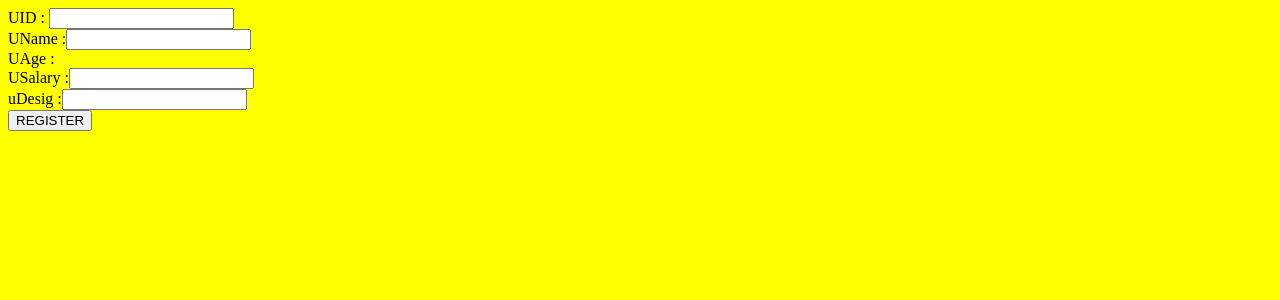
Repository: Thaneshwara848/JSP_Demo
Page: SLProject1/src/main/webapp/Register.html
The author's editor kept a copy of each file at every save. The page is drawn from the files as they stood at one save, then again after the next save.
The browser window is 1280 px wide. The pictures show the whole page.

Above is the page before, as saved 2022-08-08 15:05:28.

After the next save:
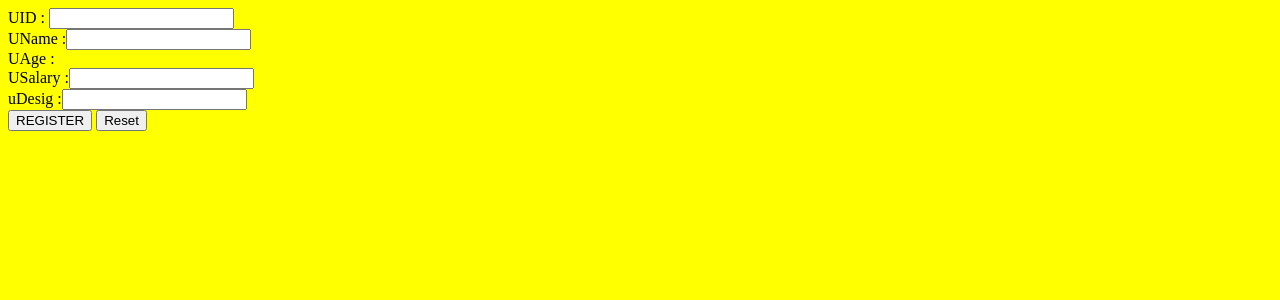
Saved 10 s later.
--- a/SLProject1/src/main/webapp/Register.html
+++ b/SLProject1/src/main/webapp/Register.html
@@ -15,6 +15,7 @@
 			uDesig :<input type="text" name="udesig"><br>
 
 			<input type="submit" value="REGISTER">
+			<input type="reset">
 
 
 
